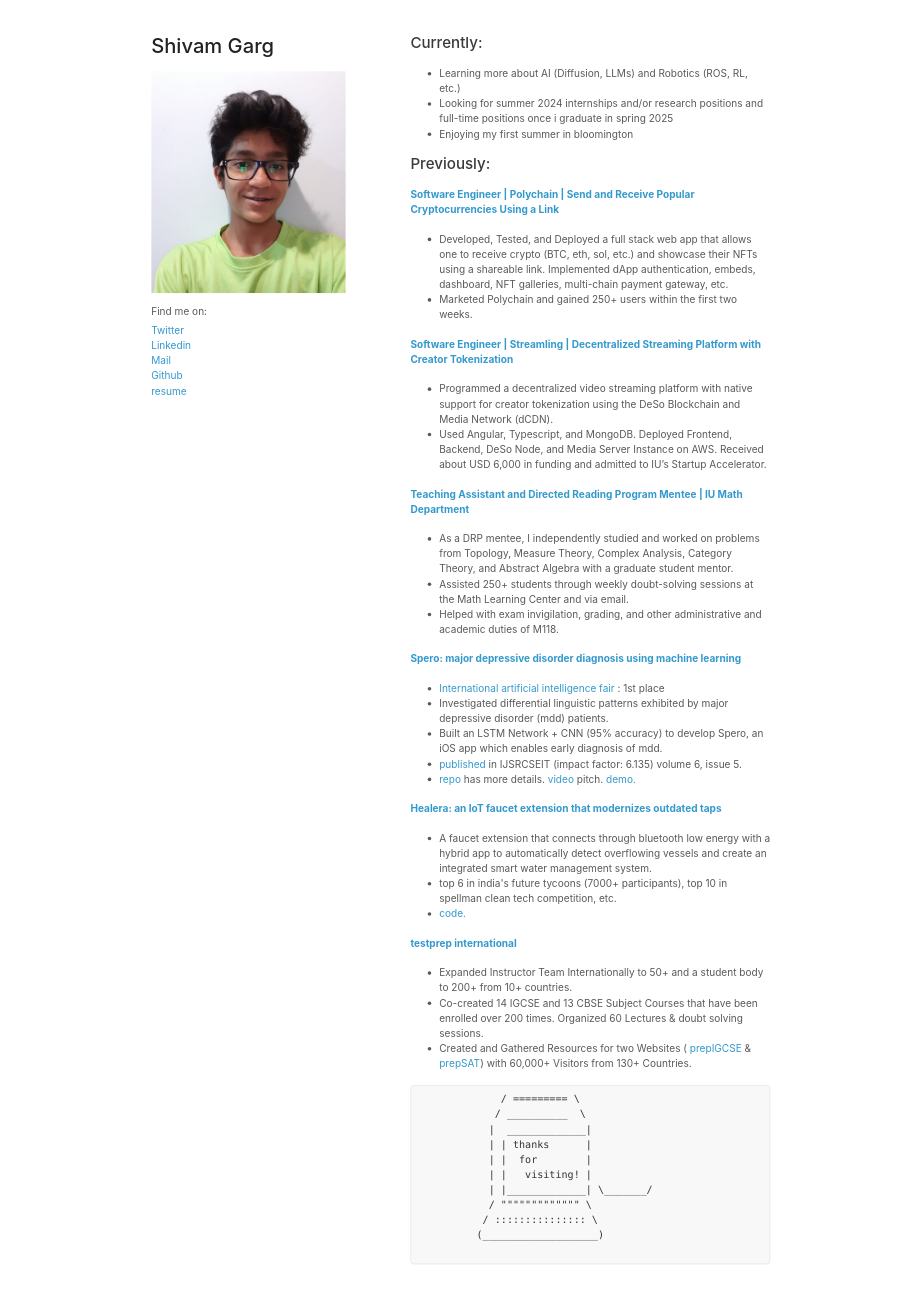
Repository: 22shivam/22shivam.github.io
Page: index.html
An editor plug-in stored every save of this project. The page is shown before and after the next save, followed by the edit.
The browser window is 1280 px wide. The pictures show the whole page, at 72% of full size.

Above is the page before, as saved 2024-06-17 19:20:31.

### index.html
<!doctype html>
<html>

<head>
  <meta charset="utf-8">
  <meta http-equiv="X-UA-Compatible" content="chrome=1">
  <title>Shivam Garg</title>

  <link rel="apple-touch-icon" sizes="180x180" href="assets/favicon/apple-touch-icon.png">
  <link rel="icon" type="image/png" sizes="32x32" href="assets/favicon/favicon-32x32.png">
  <link rel="icon" type="image/png" sizes="16x16" href="assets/favicon/favicon-16x16.png">
  <link rel="manifest" href="assets/favicon/site.webmanifest">
  <title>Shivam Garg</title>
  <meta charset="utf-8">
  <meta name="description" content="hi i am shivam! i love making and learning about new things">
  <meta name="keywords" content="Shivam Garg, Shivam, Personal Website, smgarg, Shivam Manish Garg">
  <link rel="author" href="https://plus.google.com/{{googlePlusId}}" />
  <!-- TODO: fix link below -->
  <link rel="canonical" href="/" />
  <meta name="author" content="Shivam Garg">


  <link rel="stylesheet" href="css/styles.css">
  <link rel="stylesheet" href="css/pygment_trac.css">
  <meta name="viewport" content="width=device-width">
  <!--[if lt IE 9]>
    <script src="//html5shiv.googlecode.com/svn/trunk/html5.js"></script>
    <![endif]-->
</head>

<body>
  <div class="wrapper">
    <header>
      <h1>Shivam Garg</h1>
      <img src="assets/publicPhoto.jpeg" alt="Shivam Garg" height="" width="">
      <p style="margin-bottom: 5px; margin-top: 10px;">Find me on:</p>
      <div class="view"><a href="https://twitter.com/smgarg_/" target="_blank">Twitter</a></div>
      <div class="view"><a href="https://www.linkedin.com/in/shivammgarg" target="_blank">Linkedin</a></div>
      <div class="view"><a href="mailto:shivamg2604@gmail.com" target="_blank">Mail</a></div>
      <div class="view"><a href="https://github.com/22shivam/" target="_blank">Github</a></div>
      <div class="view"><a href="/resume.pdf" target="_blank">resume</a></div>

    </header>
    <section>
      <h2>Currently:</h2>

      <ul>
        <li>Learning more about AI (Diffusion, LLMs) and Robotics (ROS, RL, etc.)</li>
        <li>Looking for summer 2024 internships and/or research positions and full-time positions once i graduate in
          spring 2025</li>
        <li>Enjoying my first summer in bloomington</li>
      </ul>


      <h2>Previously:</h2>

      <p><a href="#"><b>Software Engineer | Polychain | Send and Receive Popular Cryptocurrencies Using a Link</b></a>
      </p>
      <ul>
        <li> Developed, Tested, and Deployed a full stack web app that allows one to receive crypto (BTC, eth, sol,
          etc.) and
          showcase their NFTs using a shareable link. Implemented dApp authentication, embeds, dashboard, NFT galleries,
          multi-chain payment gateway, etc. </li>
        <li>Marketed Polychain and gained 250+ users within the first two weeks.</li>
      </ul>

      <p><a href="#"><b>Software Engineer | Streamling | Decentralized Streaming Platform with Creator
            Tokenization</b></a></p>
      <ul>
        <li>Programmed a decentralized video streaming platform with native support for creator tokenization using the
          DeSo
          Blockchain and Media Network (dCDN). </li>
        <li>Used Angular, Typescript, and MongoDB. Deployed Frontend, Backend, DeSo Node, and Media Server Instance on
          AWS. Received about USD 6,000 in funding and admitted to IU’s Startup Accelerator.</li>
      </ul>

      <p><a href="#"><b>Teaching Assistant and Directed Reading Program Mentee | IU Math Department</b></a></p>
      <ul>
        <li>As a DRP mentee, I independently studied and worked on problems from Topology, Measure Theory, Complex
          Analysis, Category Theory, and Abstract Algebra with a graduate student mentor. </li>
        <li>Assisted 250+ students through weekly doubt-solving sessions at the Math Learning Center and via email.</li>
        <li>Helped with exam invigilation, grading, and other administrative and academic duties of M118.</li>
      </ul>

      <p><a href="#"><b>Spero: major depressive disorder diagnosis using machine learning</b></a></p>
      <ul>
        <li><a href="https://www.facebook.com/watch/?v=3315503535234343" target="_blanket">International artificial
            intelligence fair </a>: 1st place</li>
        <li> Investigated differential linguistic patterns exhibited by major depressive disorder (mdd) patients. </li>
        <li> Built an LSTM Network + CNN (95% accuracy) to develop Spero, an iOS app which enables early diagnosis of
          mdd. </li>
        <li> <a href="https://drive.google.com/file/d/13emORumQpy178YOz-o1TLWc3oEMG_0Zk/view?usp=sharing"
            target="_blank">published</a> in IJSRCSEIT (impact factor: 6.135) volume 6, issue 5. </li>
        <li><a href="https://github.com/yumibyte/DepressionAnalysisApp" target="_blank">repo</a> has more details. <a
            href="https://youtu.be/BRpB7O93rG8" target="_blank">video </a>pitch. <a
            href="https://drive.google.com/file/d/1xZBEsI2Kvl0hXr1HkGOkEOxA6GYMHvkU/view?usp=sharing"
            target="_blank">demo.</a></li>
      </ul>

      <p><a href="#"><b>Healera: an IoT faucet extension that modernizes outdated taps</b></a></p>
      <ul>
        <li> A faucet extension that connects through bluetooth low energy with a hybrid app to automatically detect
          overflowing vessels and create an integrated smart water management system. </li>
        <li>top 6 in india's future tycoons (7000+ participants), top 10 in spellman clean tech competition, etc.</li>
        <li><a href="https://create.arduino.cc/editor/shivam26/1d686c51-6e04-4531-b3fc-80d3e8be87ea/preview"
            target="_blank">code.</a> </li>
      </ul>

      <p><a href="https://testprepintl.wixsite.com/testprep" target="_blank"><b>testprep international</b></a></p>
      <ul>
        <li>Expanded Instructor Team Internationally to 50+ and a student body to 200+ from 10+ countries.</li>
        <li>Co-created 14 IGCSE and 13 CBSE Subject Courses that have been enrolled over 200 times. Organized 60
          Lectures & doubt solving sessions. </li>
        <li>Created and Gathered Resources for two Websites ( <a href="https://igcse.school.blog/"
            target="_blank">prepIGCSE</a> & <a href="https://prepsatinfo.wordpress.com/" target="_blank">prepSAT</a>)
          with 60,000+ Visitors from 130+ Countries. </li>
      </ul>

      <!-- <p><a href="https://covidhope.litcot.org/" target="_blank"><b>the covidhope initiative</b></a></p>
      <ul>
        <li>recruited 17 editors and designers for the 216-page anthology and oversaw internal operations.</li>
        <li>released anthology in several online stores.</li>
        <li>recognised by <a
            href="https://www.unmgcy.org/youth-initiatives/2020/9/9/the-covidhope-initiative?fbclid=IwAR1hHeQ0HqLZF7lZqmeBwSabEhB1bpDe8zFZsVwr8dct0wwqOb93iT0AzrM"
            target="_blank">united nations major group for children and youth</a> and WHO's weekly operational update on
          covid-19 (<a
            href="https://www.who.int/publications/m/item/weekly-operational-update-on-covid-19---24-may-2021"
            target="_blank">issue 56</a>, page 7).</li>
      </ul> -->

      <!-- <p><a href="#"><b>this is actually a title placeholder</b></a></p>
        <ul>
            <li>bullet <b>1</b></li>
            <li>bullet 2</li>
            <li>bullet 3</li>
        </ul> -->

      <!-- <h1>essays:</h1>
      &#10024; fun stuff coming soon &#10024;
      <br>
      <br>

      <h1>reading list</h1>
      <ul>
        <li>the psychology of money by morgan housel </li>
        <li>the almanack of naval ravikant by eric jorgenson</li>
      </ul> -->

      <!-- <h1>random:</h1>
          <ul>
            <li>random 1:</li>
            <li>random 2:</li>
            <li>random 3:</li>
          </ul>

          <h1>features:</h1>
          <ul>
            <li>feature 1:</li>
            <li>feature 2:</li>
            <li>feature 3:</li>
          </ul>

          <h1>gallery:</h1>
          <ul>
            <li>feature 1:</li>
            <li>feature 2:</li>
            <li>feature 3:</li>
          </ul> -->




      <pre>
             / ========= \
            / __________  \
           |  _____________|
           | | thanks      |
           | |  for        |
           | |   visiting! |
           | |_____________| \_______/
           / """"""""""""" \
          / ::::::::::::::: \
         (___________________)
        </pre>
    </section>
    <footer>
      <!-- <p><small>Last Updated: August 21, 2021</small></p> -->
    </footer>
  </div>
  <script src="js/scale.fix.js"></script>
</body>

</html>

### css/styles.css
body {
  background-color: #fff;
  padding:40px;
  font: 14px/1.5 -apple-system, BlinkMacSystemFont, "Segoe UI", Roboto, Oxygen, Ubuntu, Cantarell, "Fira Sans", "Droid Sans", "Helvetica Neue", Arial, sans-serif, "Apple Color Emoji", "Segoe UI Emoji", "Segoe UI Symbol";
  color:#595959;
  font-weight:400;
}

h1, h2, h3, h4, h5, h6 {
  color:#222;
  margin:0 0 20px;
}

p, ul, ol, table, pre, dl {
  margin:0 0 20px;
}

h1, h2, h3 {
  line-height:1.1;
}

h1 {
  font-size:28px;
  font-weight: 500;
}

h2 {
  color:#393939;
  font-weight: 500;
}

h3, h4, h5, h6 {
  color:#494949;
  font-weight: 500;
}

a {
  color:#39c;
  text-decoration:none;
}

a:hover {
  color:#069;
}

a small {
  font-size:11px;
  color:#777;
  margin-top:-0.3em;
  display:block;
}

a:hover small {
  color:#777;
}

.wrapper {
  width:860px;
  margin:0 auto;
}

blockquote {
  border-left:1px solid #e5e5e5;
  margin:0;
  padding:0 0 0 20px;
  font-style:italic;
}

code, pre {
  font-family:Monaco, Bitstream Vera Sans Mono, Lucida Console, Terminal, Consolas, Liberation Mono, DejaVu Sans Mono, Courier New, monospace;
  color:#333;
}

pre {
  padding:8px 15px;
  background: #f8f8f8;
  border-radius:5px;
  border:1px solid #e5e5e5;
  overflow-x: auto;
}

table {
  width:100%;
  border-collapse:collapse;
}

th, td {
  text-align:left;
  padding:5px 10px;
  border-bottom:1px solid #e5e5e5;
}

dt {
  color:#444;
  font-weight:500;
}

th {
  color:#444;
}

img {
  max-width:100%;
}

header {
  width:270px;
  float:left;
  position:fixed;
  -webkit-font-smoothing:subpixel-antialiased;
}

header ul {
  list-style:none;
  height:40px;
  padding:0;
  background: #f4f4f4;
  border-radius:5px;
  border:1px solid #e0e0e0;
  width:270px;
}

header li {
  width:89px;
  float:left;
  border-right:1px solid #e0e0e0;
  height:40px;
}

header li:first-child a {
  border-radius:5px 0 0 5px;
}

header li:last-child a {
  border-radius:0 5px 5px 0;
}

header ul a {
  line-height:1;
  font-size:11px;
  color:#999;
  display:block;
  text-align:center;
  padding-top:6px;
  height:34px;
}

header ul a:hover {
  color:#999;
}

header ul a:active {
  background-color:#f0f0f0;
}

strong {
  color:#222;
  font-weight:500;
}

header ul li + li + li {
  border-right:none;
  width:89px;
}

header ul a strong {
  font-size:14px;
  display:block;
  color:#222;
}

section {
  width:500px;
  float:right;
  padding-bottom:50px;
}

small {
  font-size:11px;
}

hr {
  border:0;
  background:#e5e5e5;
  height:1px;
  margin:0 0 20px;
}

footer {
  width:270px;
  float:left;
  position:fixed;
  bottom:50px;
  -webkit-font-smoothing:subpixel-antialiased;
}

@media print, screen and (max-width: 960px) {

  div.wrapper {
    width:auto;
    margin:0;
  }

  header, section, footer {
    float:none;
    position:static;
    width:auto;
  }

  header {
    padding-right:320px;
  }

  section {
    border:1px solid #e5e5e5;
    border-width:1px 0;
    padding:20px 0;
    margin:0 0 20px;
  }

  header a small {
    display:inline;
  }

  header ul {
    position:absolute;
    right:50px;
    top:52px;
  }
}

@media print, screen and (max-width: 720px) {
  body {
    word-wrap:break-word;
  }

  header {
    padding:0;
  }

  header ul, header p.view {
    position:static;
  }

  pre, code {
    word-wrap:normal;
  }
}

@media print, screen and (max-width: 480px) {
  body {
    padding:15px;
  }

  header ul {
    width:99%;
  }

  header li, header ul li + li + li {
    width:33%;
  }
}

@media print {
  body {
    padding:0.4in;
    font-size:12pt;
    color:#444;
  }
}

### css/pygment_trac.css
.highlight  { background: #ffffff; }
.highlight .c { color: #999988; font-style: italic } /* Comment */
.highlight .err { color: #a61717; background-color: #e3d2d2 } /* Error */
.highlight .k { font-weight: bold } /* Keyword */
.highlight .o { font-weight: bold } /* Operator */
.highlight .cm { color: #999988; font-style: italic } /* Comment.Multiline */
.highlight .cp { color: #999999; font-weight: bold } /* Comment.Preproc */
.highlight .c1 { color: #999988; font-style: italic } /* Comment.Single */
.highlight .cs { color: #999999; font-weight: bold; font-style: italic } /* Comment.Special */
.highlight .gd { color: #000000; background-color: #ffdddd } /* Generic.Deleted */
.highlight .gd .x { color: #000000; background-color: #ffaaaa } /* Generic.Deleted.Specific */
.highlight .ge { font-style: italic } /* Generic.Emph */
.highlight .gr { color: #aa0000 } /* Generic.Error */
.highlight .gh { color: #999999 } /* Generic.Heading */
.highlight .gi { color: #000000; background-color: #ddffdd } /* Generic.Inserted */
.highlight .gi .x { color: #000000; background-color: #aaffaa } /* Generic.Inserted.Specific */
.highlight .go { color: #888888 } /* Generic.Output */
.highlight .gp { color: #555555 } /* Generic.Prompt */
.highlight .gs { font-weight: bold } /* Generic.Strong */
.highlight .gu { color: #800080; font-weight: bold; } /* Generic.Subheading */
.highlight .gt { color: #aa0000 } /* Generic.Traceback */
.highlight .kc { font-weight: bold } /* Keyword.Constant */
.highlight .kd { font-weight: bold } /* Keyword.Declaration */
.highlight .kn { font-weight: bold } /* Keyword.Namespace */
.highlight .kp { font-weight: bold } /* Keyword.Pseudo */
.highlight .kr { font-weight: bold } /* Keyword.Reserved */
.highlight .kt { color: #445588; font-weight: bold } /* Keyword.Type */
.highlight .m { color: #009999 } /* Literal.Number */
.highlight .s { color: #d14 } /* Literal.String */
.highlight .na { color: #008080 } /* Name.Attribute */
.highlight .nb { color: #0086B3 } /* Name.Builtin */
.highlight .nc { color: #445588; font-weight: bold } /* Name.Class */
.highlight .no { color: #008080 } /* Name.Constant */
.highlight .ni { color: #800080 } /* Name.Entity */
.highlight .ne { color: #990000; font-weight: bold } /* Name.Exception */
.highlight .nf { color: #990000; font-weight: bold } /* Name.Function */
.highlight .nn { color: #555555 } /* Name.Namespace */
.highlight .nt { color: #000080 } /* Name.Tag */
.highlight .nv { color: #008080 } /* Name.Variable */
.highlight .ow { font-weight: bold } /* Operator.Word */
.highlight .w { color: #bbbbbb } /* Text.Whitespace */
.highlight .mf { color: #009999 } /* Literal.Number.Float */
.highlight .mh { color: #009999 } /* Literal.Number.Hex */
.highlight .mi { color: #009999 } /* Literal.Number.Integer */
.highlight .mo { color: #009999 } /* Literal.Number.Oct */
.highlight .sb { color: #d14 } /* Literal.String.Backtick */
.highlight .sc { color: #d14 } /* Literal.String.Char */
.highlight .sd { color: #d14 } /* Literal.String.Doc */
.highlight .s2 { color: #d14 } /* Literal.String.Double */
.highlight .se { color: #d14 } /* Literal.String.Escape */
.highlight .sh { color: #d14 } /* Literal.String.Heredoc */
.highlight .si { color: #d14 } /* Literal.String.Interpol */
.highlight .sx { color: #d14 } /* Literal.String.Other */
.highlight .sr { color: #009926 } /* Literal.String.Regex */
.highlight .s1 { color: #d14 } /* Literal.String.Single */
.highlight .ss { color: #990073 } /* Literal.String.Symbol */
.highlight .bp { color: #999999 } /* Name.Builtin.Pseudo */
.highlight .vc { color: #008080 } /* Name.Variable.Class */
.highlight .vg { color: #008080 } /* Name.Variable.Global */
.highlight .vi { color: #008080 } /* Name.Variable.Instance */
.highlight .il { color: #009999 } /* Literal.Number.Integer.Long */

.type-csharp .highlight .k { color: #0000FF }
.type-csharp .highlight .kt { color: #0000FF }
.type-csharp .highlight .nf { color: #000000; font-weight: normal }
.type-csharp .highlight .nc { color: #2B91AF }
.type-csharp .highlight .nn { color: #000000 }
.type-csharp .highlight .s { color: #A31515 }
.type-csharp .highlight .sc { color: #A31515 }

Loaded but not shown: js/scale.fix.js (common file)

After the next save:
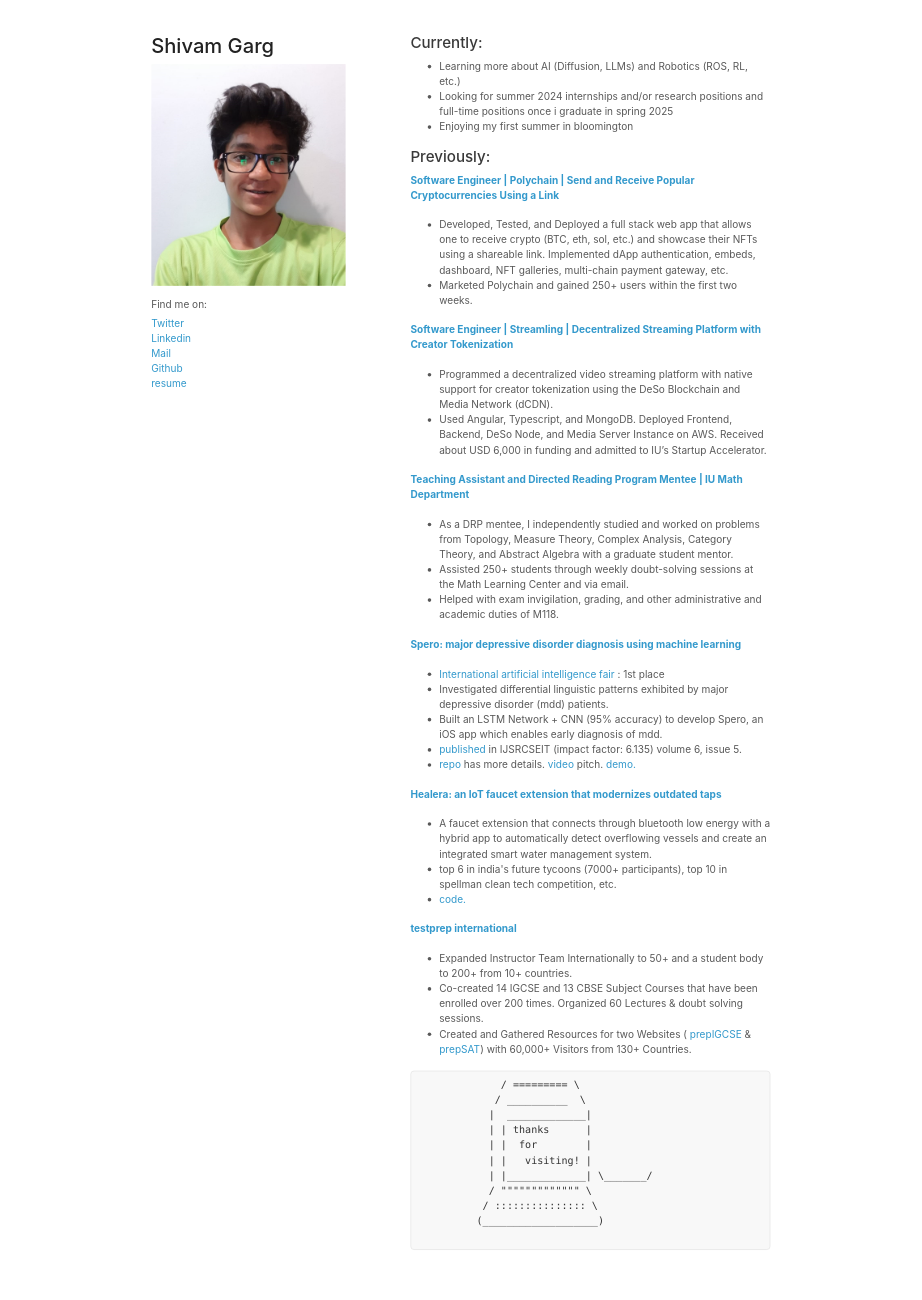
Saved 6 s later.
--- a/css/styles.css
+++ b/css/styles.css
@@ -8,7 +8,7 @@ body {
 
 h1, h2, h3, h4, h5, h6 {
   color:#222;
-  margin:0 0 20px;
+  margin:0 0 10px;
 }
 
 p, ul, ol, table, pre, dl {
